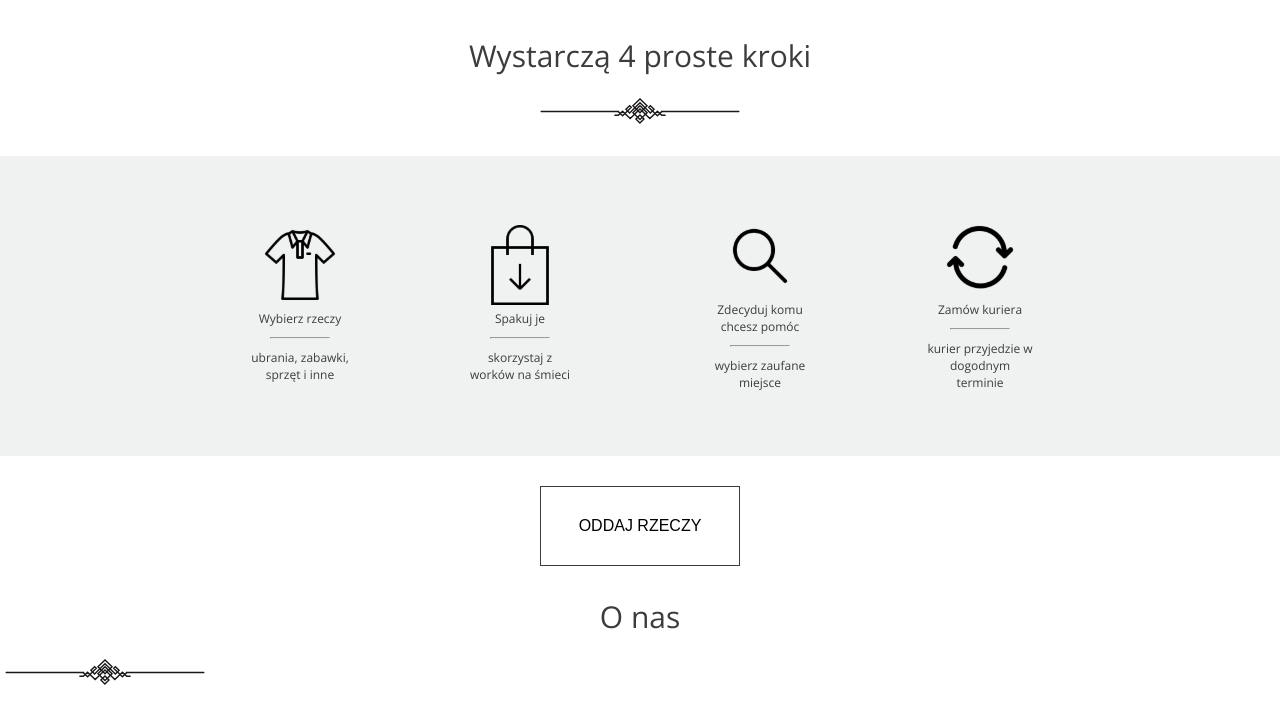
Repository: artwol993/Oddam_w_dobre_rece
Page: /
These files come from the project's save history. The page is drawn as it stood at one moment and after a run of saves; the edit follows.
The browser window is 1280 px wide. The pictures show the part of the page from y = 1046 to 1775 px (the page is 1753 px tall before and 1775 px after).
The project was rebuilt for these pictures with package versions that can differ from the ones it lists, and the page was loaded fresh each time. Also part of the build but not shown: src/scss/components/Home.scss.

Above is the page before, as saved 2020-12-17 20:03:35.

After the next 2 saves:
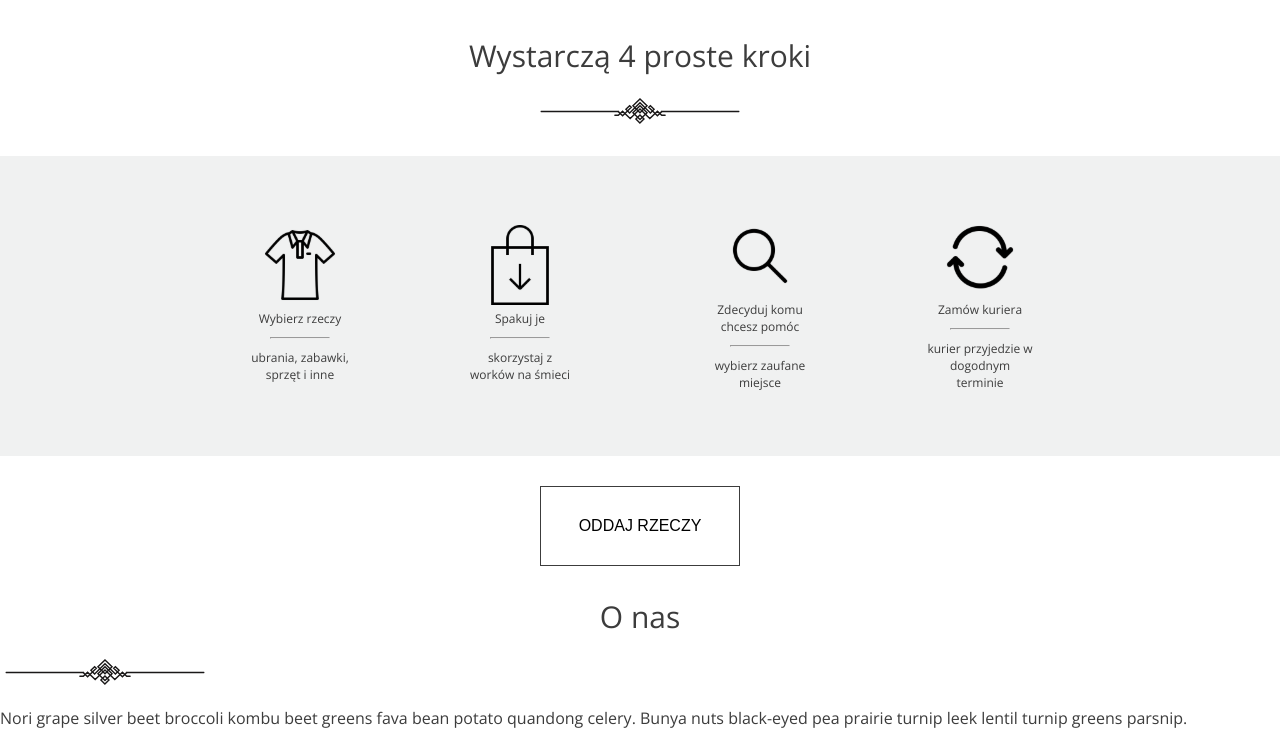
The 2 saves are shown as one change because they came seconds apart.
The last was saved 9 s later.
--- a/src/components/pages/Home/AboutUs.js
+++ b/src/components/pages/Home/AboutUs.js
@@ -5,9 +5,9 @@ function AboutUs() {
         <>
             <div className="about-section">
                 <div className="about-box about-box1">
-<h2>O nas</h2>
-<div className="decoration"></div>
-<p></p>
+                    <h2>O nas</h2>
+                    <div className="decoration"></div>
+                    <p>Nori grape silver beet broccoli kombu beet greens fava bean potato quandong celery. Bunya nuts black-eyed pea prairie turnip leek lentil turnip greens parsnip.</p>
                 </div>
                 <div className="about-box about-box2"></div>
             </div>
